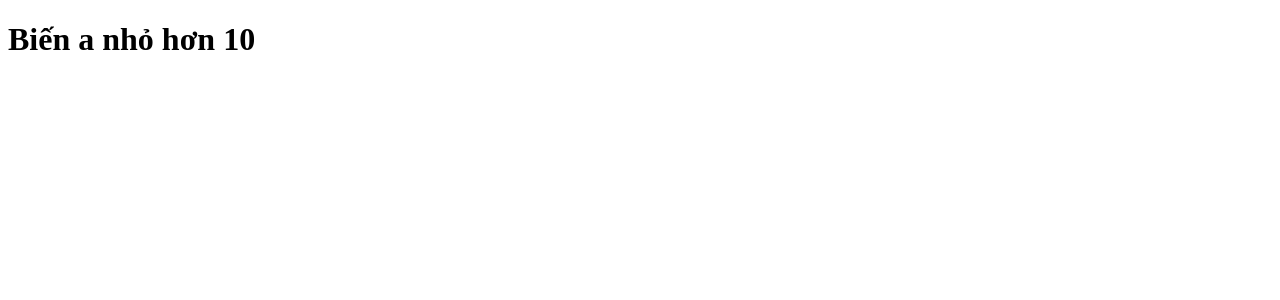
Repository: lavie1309/lavie1309.github.io
Page: http://localhost/trang_chu.php
The author's editor kept a copy of each file at every save. The page is drawn from the files as they stood at one save, then again after the next save.
The browser window is 1280 px wide. The pictures show the whole page.
The page is run by PHP 8.4 with error messages shown; the project is at /var/www/html/.

Above is the page before, as saved 2021-12-08 17:13:31.

### trang_chu.php
<!DOCTYPE html>
<html lang="en">
<head>
  <meta charset="UTF-8">
  <meta http-equiv="X-UA-Compatible" content="IE=edge">
  <meta name="viewport" content="width=device-width, initial-scale=1.0">
  <title>Document</title>
</head>
<body>
  <h1>

    <?php
      $a = 5;
      if($a < 10){
        echo "Biến a nhỏ hơn 10";
      }else{
        echo "Biến a lớn hơn hoặc bằng 10";
      }
    ?>

  </h1>
  </body>
</html>

After the next save:
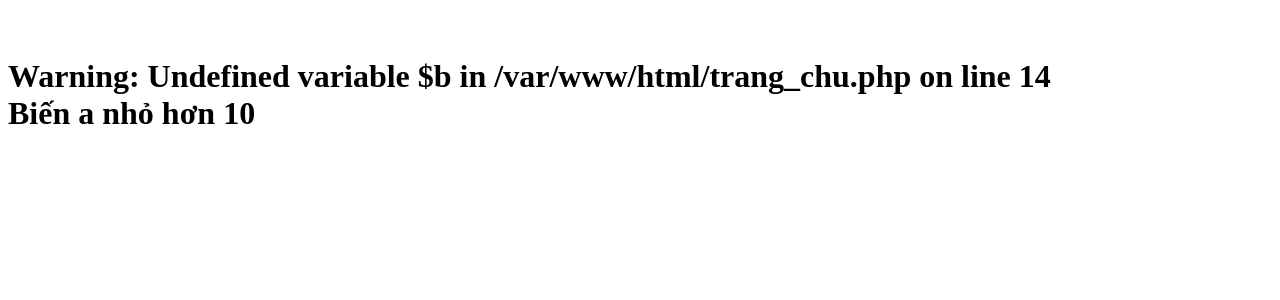
Saved 6 h 3 min later.
--- a/trang_chu.php
+++ b/trang_chu.php
@@ -11,13 +11,14 @@
 
     <?php
       $a = 5;
-      if($a < 10){
+      if($b < 10){
         echo "Biến a nhỏ hơn 10";
       }else{
         echo "Biến a lớn hơn hoặc bằng 10";
       }
     ?>
 
+
   </h1>
   </body>
 </html>

After the save that followed:
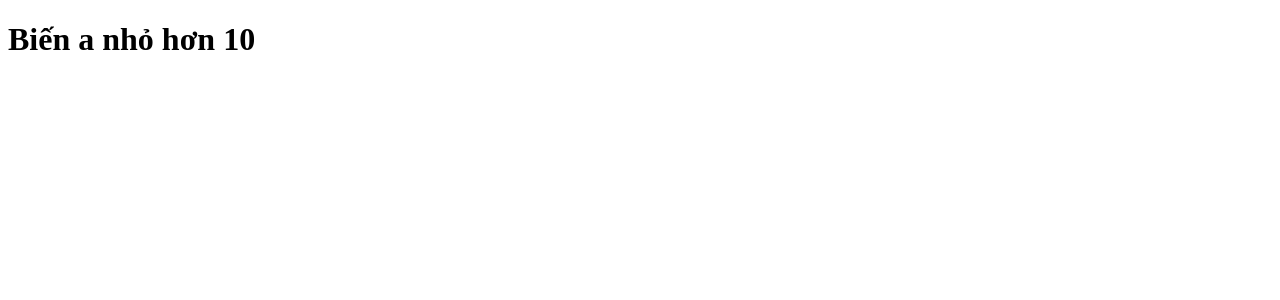
Saved 8 min 7 s later.
--- a/trang_chu.php
+++ b/trang_chu.php
@@ -11,7 +11,7 @@
 
     <?php
       $a = 5;
-      if($b < 10){
+      if($a < 10){
         echo "Biến a nhỏ hơn 10";
       }else{
         echo "Biến a lớn hơn hoặc bằng 10";
